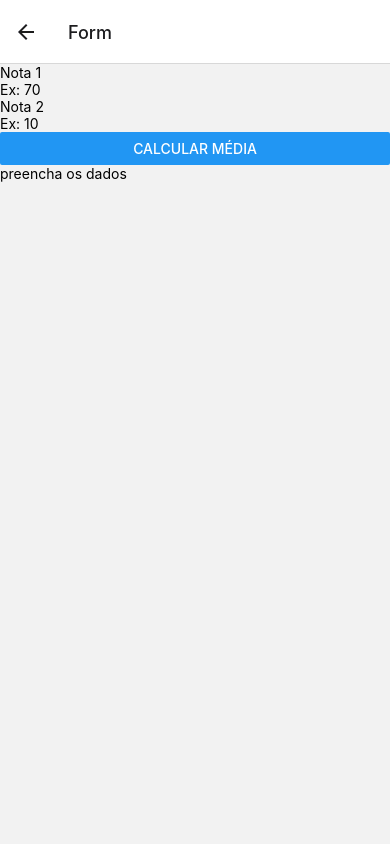
Repository: DS151-UFPR-2023/DS151_Israel-De-Quadros_EX4
Screen: /Form
These files come from the project's save history. The screen is drawn as it stood at one moment and after the next save; the edit follows.
The app was drawn by React Native's web renderer in a window 390 px wide. The project was rebuilt for these pictures with package versions that can differ from the ones it lists, and the page was loaded fresh each time. Also part of the build but not shown: src/components/main/index.js, src/components/novoComponente/index.js, src/components/counterScreen.js, src/components/ColorList.js.

Above is the screen before, as saved 2023-09-08 18:24:22.

### App.js
import { StatusBar } from 'expo-status-bar';
import { StyleSheet, Text, View } from 'react-native';
import Title from './src/components/title';
import Main from './src/components/main';
import Home2 from './src/components/novoComponente';
import { NavigationContainer } from '@react-navigation/native';
import { createStackNavigator } from '@react-navigation/stack';
import HomeScreen from './src/HomeScreen';
import CounterScreen from './src/components/counterScreen';
import Form from './src/components/form';
import ColorList from './src/components/ColorList';

const Stack = createStackNavigator();

export default function App() {
  return (
    <NavigationContainer>
      <Stack.Navigator>
        <Stack.Screen name="Home" component={HomeScreen} />
        <Stack.Screen name="Home2" component={Home2} />
        <Stack.Screen name="CounterScreen" component={CounterScreen} />
        <Stack.Screen name="Form" component={Form} />
        <Stack.Screen name="ColorList" component={ColorList} />
      </Stack.Navigator>
    </NavigationContainer>
  );
}

const styles = StyleSheet.create({
  container: {
    flex: 1,
    backgroundColor: '#999',
    alignItems: 'center',
    justifyContent: 'center',
  },
});

### src/HomeScreen.js
import React from "react";
import { View, Text, StyleSheet, Button } from 'react-native';

function HomeScreen({ navigation }) {
    return (
        <View style={style.mainView}>
            <Text>Home Screen</Text>
            <Button title="Ir para Galeria!"
                onPress={() => navigation.navigate('Home2')}
            />
            <Button title="Ir para Counter!"
                onPress={() => navigation.navigate('CounterScreen')}
            />
            <Button title="Ir para Form!"
                onPress={() => navigation.navigate('Form')}
            />
            <Button title="Ir para ColorList!"
                onPress={() => navigation.navigate('ColorList')}
            />
        </View>
    )
}

export default HomeScreen;

const style = StyleSheet.create({
    mainView: {
        flex: 1,
        alignItems: 'center',
        justifyContent: 'center'
    }
})

### src/components/form/index.js
import { View, Text, TextInput, Button } from "react-native";
import React, { useState } from "react";
import ResultMedia from "../result";

export default function Form() {

    const [media1, setmedia1] = useState(null)
    const [media2, setmedia2] = useState(null)
    const [messagemedia, setMessagemedia] = useState("preencha os dados")
    const [media, setmedia] = useState(null)
    const [textButton, setTextButton] = useState("Calcular")

    function validationmedia() {
        if (media2 != null && media1 != null) {
            mediaCalculator()
            setMessagemedia("seu media eh igual: " +  media + "\nTem que clicar duas vezes\npra atualizar a mensagem hehe")
            setTextButton("Calcular Novamente")
            return
        }
        setmedia(null)
        setTextButton("Calcular")
        setMessagemedia("preencha os dados")
    }

    function mediaCalculator() {
        setMessagemedia("seu media eh igual: " + media)
        return setmedia(((parseFloat(media1) + parseFloat(media2))/2))
    }


    return (
        //conteudo do formulario
        <View>
            <View>
                <Text>Nota 1</Text>
                <TextInput onChangeText={setmedia1} value={media1} placeholder="Ex: 70" keyboardType="numeric"></TextInput>
                <Text>Nota 2</Text>
                <TextInput onChangeText={setmedia2} value={media2}  placeholder="Ex: 10" keyboardType="numeric"></TextInput>
                <Button onPress={() => validationmedia()} title="Calcular Média" />
                <ResultMedia messageResultmedia={messagemedia} resultmedia={media}></ResultMedia>
            </View>
        </View>
    );
}

### src/components/result/index.js
import { View, Text} from "react-native";
import React, { useState } from "react";

export default function ResultMedia(props) {
    return (
        <View>
            <Text>{props.resultmedia}</Text>
            <Text>{props.messageResultmedia}</Text>
        </View>
    );
}

### src/components/title/index.js
import React from "react"
import { View, Text } from "react-native"

export default function Title() {
    return (
        <View>
            <Text>Calcula Média</Text>
        </View>
    );
}

After the next save:
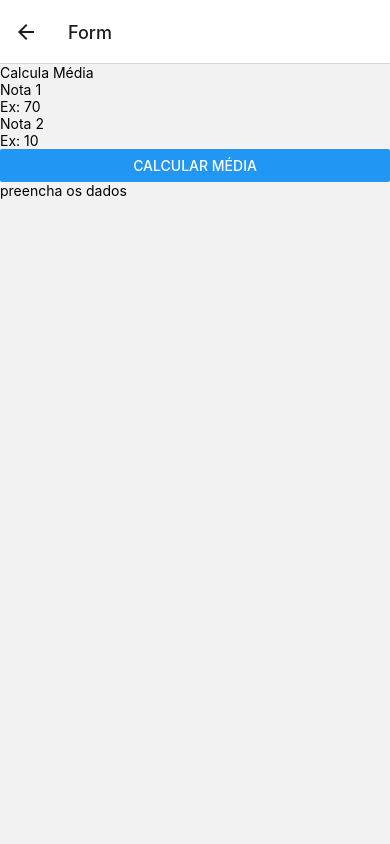
Saved 32 s later.
--- a/src/components/form/index.js
+++ b/src/components/form/index.js
@@ -1,6 +1,7 @@
 import { View, Text, TextInput, Button } from "react-native";
 import React, { useState } from "react";
 import ResultMedia from "../result";
+import Title from "../title";
 
 export default function Form() {
 
@@ -31,6 +32,7 @@ export default function Form() {
     return (
         //conteudo do formulario
         <View>
+            <Title></Title>
             <View>
                 <Text>Nota 1</Text>
                 <TextInput onChangeText={setmedia1} value={media1} placeholder="Ex: 70" keyboardType="numeric"></TextInput>
